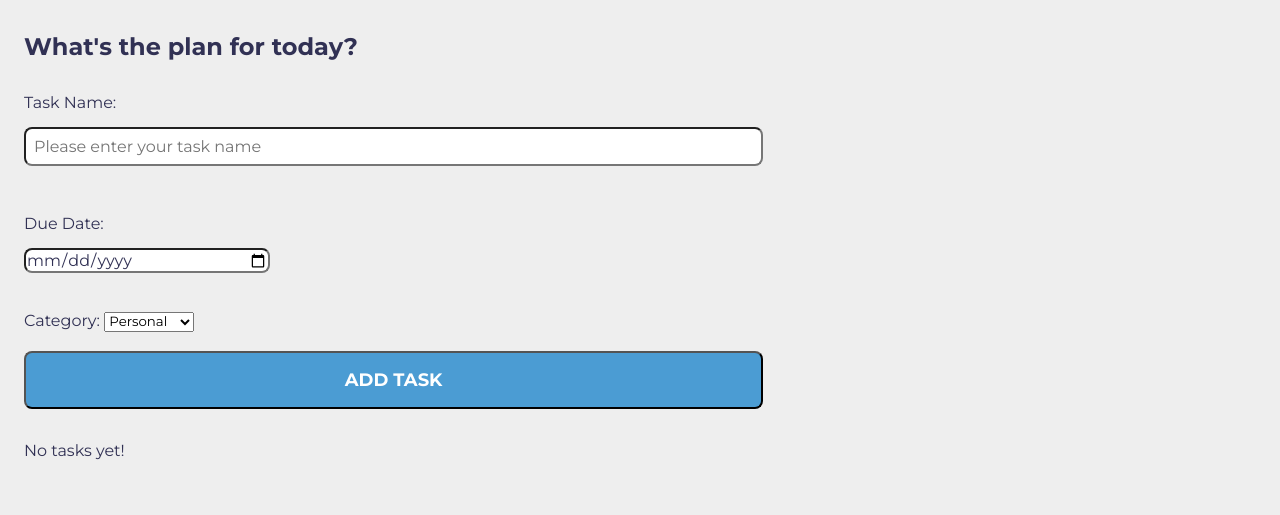
Repository: comp426-2023-spring/a99-SnowPile
Page: http://localhost/
The author's editor kept a copy of each file at every save. The page is drawn from the files as they stood at one save, then again after the next save.
The browser window is 1280 px wide. The pictures show the whole page.
Some web fonts or font styles are not loaded; a fallback is used. The page is served by the project's Node server (app.js).

Above is the page before, as saved 2023-04-15 21:35:43.

After the next save:
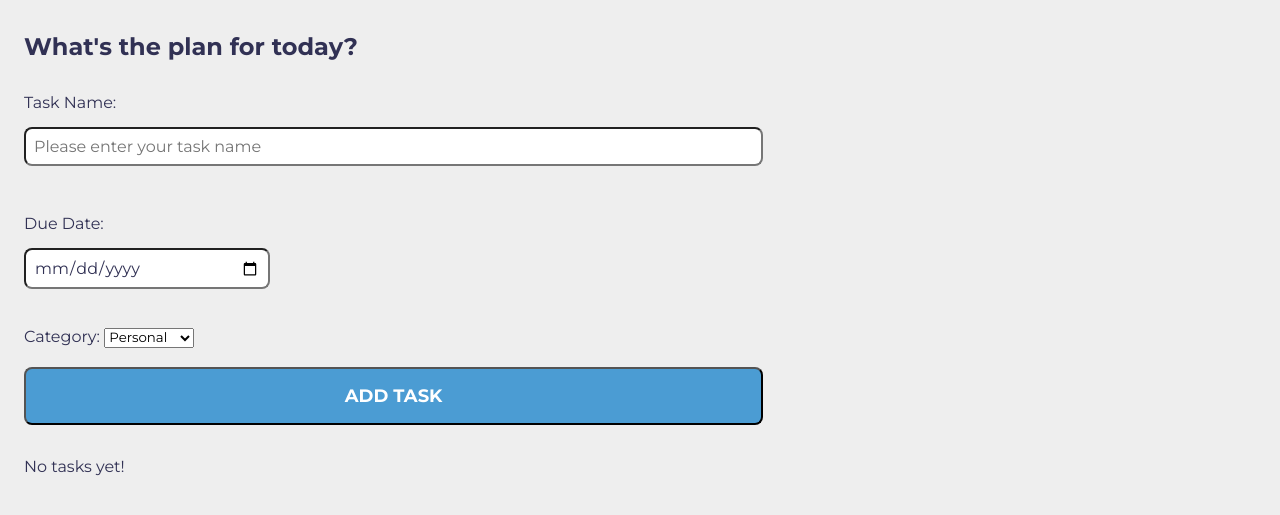
Saved 2 min 48 s later.
--- a/frontend/public/style.css
+++ b/frontend/public/style.css
@@ -42,6 +42,7 @@ h2{
 	margin-top: 15px;
 	color: #313154;
 	background-color: #FFF;
+	padding: 0.5rem 0.5rem;
 }
 
 .create-todo input[type="submit"]{
